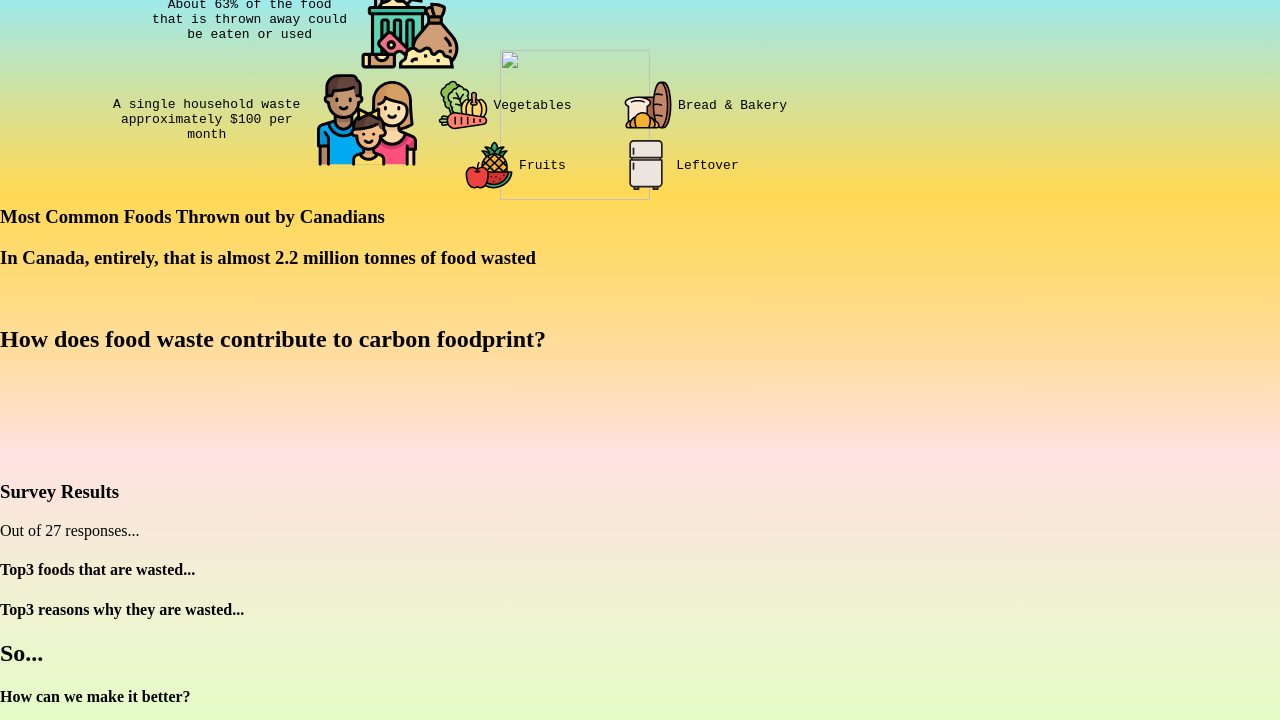
Repository: iorid3/Midterm
Page: index.html
An editor plug-in stored every save of this project. The page is shown before and after a run of saves, followed by the edit.
The browser window is 1280 px wide. The pictures show the whole page.
An inner scrolling area shows only its first screen.

Above is the page before, as saved 2021-03-08 12:40:40.
Not found: Images/crowd.svg
Not found: icons/down-arrow.svg

### index.html
<!DOCTYPE html>
<html>
    <head>
       <title>Mid term</title>
        <link href= "./index.css"  rel ="stylesheet" type = "text/css" >
    </head>
<body>
   <div id = "main">

        <div class = "section1">
            <div><h1> How Food Waste Impacts Our World</h1></div>
            <div><img src =""/></div>
            <div class = "comp1"></div>
            <div class = "comp2"></div>
            <div class = "comp5"></div>
        </div>

        <div class = "section2">
            <div><h2>DId you know that...</h2></div>
            <div class ="comp3_1"></div>
            <div class ="comp3_2"></div>
            <div class ="comp3_3"></div>
            <div class ="comp3_4"></div>
            <div class = "comp1"></div>

            <div class = "flag"><img src = ""></div>
            <div><h3>Most Common Foods Thrown out by Canadians</h3></div>
               <div class = "container1">
                    <div class ="comp4_1"></div>
                    <div class ="comp4_2"></div>
                    <div class ="comp4_3"></div>
                    <div class ="comp4_4"></div>
                </div>

            <div class = "comp5"></div>
            <div><h3>In Canada, entirely, that is almost 2.2 million tonnes of food wasted</h3></div>
            <div><img src = ""></div>
        </div>

        <div class = "section3">
            <div><h2>How does food waste contribute to carbon foodprint?</h2></div>
            <div><img src = ""></div>

            <div class = "comp6"></div>
            <div class = "comp6"></div>
            <div class = "comp6"></div>
            <div class = "comp6"></div>

                <div class = "container2">
                    <div><img src = ""></div>
                    <div><img src = ""></div>
                    <div><img src = ""></div>
                </div>

            <div class = "comp6"></div>


        </div>


        <div class = "section4">
            <div class = "container3">
               <div><img src = ""></div>
               <div><h3>Survey Results</h3></div>
               <div>Out of 27 responses...</div>
            </div>


            <div class ="comp2"></div>
            <div><h4>Top3 foods that are wasted...</h4></div>
            <div class = "container4">
                <div class = "comp7"></div>
                <div class = "comp7"></div>
                <div class = "comp7"></div>
            </div>

            <div><h4>Top3 reasons why they are wasted...</h4></div>
            <div class = "container5">
                <div class = "comp8"></div>
                <div class = "comp8"></div>
                <div class = "comp8"></div>
            </div>



            <div><h2>So...</h2></div>

            <div><h4>How can we make it better?</h4></div>
            <div class = "container6">
                <div class ="comp9"></div>
                <div class ="comp9"></div>
                <div class ="comp9"></div>
                <div class ="comp9"></div>
            </div>


        <div class = "section5">

            <div><h3>Small Steps goes a long way</h3></div>
            <div class = "comp10"></div>
            <div class = "comp10"></div>
            <div class = "comp10"></div>
            <div class = "comp10"></div>
            <div class = "comp10"></div>
            <div class = "comp10"></div>

            <div><img src = ""></div>
            <div><img src = ""></div>

            <div class = "comp5"></div>
            <div><h3>Do your part in saving the environment by ...</h3></div>
            <div><h2>Using this app to reduce food waste</h2></div>
            <div><h2>FridgeSaver</h2></div>
            <div><img src =""></div>
            <div class = "comp5"></div>
            <div><h5>Start with what you have in your fridge</h5></div>

            <div><img src =""></div>
            <div><h5>Ready to find interesting recipes?</h5></div>



        </div>








       <!-- <div class = "col left">
           <div class = "row top">
               <div class = "shake"></div>
           </div>
           <div class = "row mid">
               <div class = "rank1"></div>
               <div class = "rank2"></div>
           </div> -->
    </div>


<script src = ./comps/comp1/index.js></script>
<script src = ./comps/comp2/index.js></script>
<script src = ./comps/comp3/index.js></script>
<script src = ./comps/comp4/index.js></script>
<script src = ./comps/comp5/index.js></script>
<script src = ./comps/comp6/index.js></script>
<script src = ./comps/comp7/index.js></script>
<script src = ./comps/comp8/index.js></script>
<script src = ./comps/comp9/index.js></script>
<script src = ./comps/comp10/index.js></script>

<script src = ./index.js></script>
</body>
</html>

### index.css
html,body{
    margin:0;
    overflow-x:hidden;
    background: linear-gradient(180deg, rgba(156, 233, 235, 0.86) 0%, rgba(255, 217, 86, 0.96) 26.56%, rgba(255, 220, 220, 0.6) 63.02%, rgba(227, 252, 195, 0.76) 100%);
    mix-blend-mode: normal;
}
#main{
    width:100vw;
    height:100vh;
    display:flex;
    flex-direction: column;
    justify-content: center;
}

### Comps/comp1/index.js
function Comp1UI(url="Images/confusion.png", size ="10px", font= "Poppins", text="text"){
    return `<div style='
            width: 100vw;
            height: 30vh;
            display: inline-flex;
            justify-content: center;
            align-items: center;
            transition: opacity 1s;
            opacity: 0.25;
        '
        onclick='Comp1UI.HandleClick(this)'
        >

        <img style='
            display: inline-flex;
            width: 200px;
            position: relative;
            left: 140px;
            top: 60px;
        'src="${url}" />

        <div>
            <img style='
                display: inline-flex;
                position: relative;
                width: 500px;
                left: 100px;
                bottom: 10px;
            'src="Images/chat.svg" />

            <div style='
                display: inline-flex;
                position: relative;
                bottom: 280px;
                right: 265px;
                font-size: ${size};
                font-weight: bold;
                font-family: ${font};
            '> ${text}</div>
        </div>
    </div>`
}

Comp1UI.HandleClick = (el) => {
    el.style.opacity = 1;
}

### Comps/comp2/index.js
function Comp2UI(url="Images/confusion.png", size ="10px", font= "Poppins", text="text"){
    return `<div style='
        width: 100vw;
        height: 30vh;
        display: inline-flex;
        justify-content: center;
        align-items: center;
        transition: opacity 1s;
        opacity: 0.25;
    '
    onclick='Comp1UI.HandleClick(this)'
    >

        <img style='
            display: inline-flex;
            width: 200px;
            position: relative;
            left: 500px;
            top:60px;
        ' src="${url}"/>

        <div>
            <img style='
                display: inline-flex;
                position: relative;
                width: 500px;
                right: 200px;
                bottom: 10px;
                transform: rotateY(180deg)
            ' src="Images/chat2.svg" />

            <div style='
                display: inline-flex;
                position: relative;
                bottom: 280px;
                right: 560px;
                font-size: ${size};
                font-weight: bold;
                font-family: ${font};
            ' >${text}</div>
        </div>
    </div>`
}

Comp2UI.HandleClick = (el) => {
    el.style.opacity = 1;
}

### Comps/comp3/index.js
function Comp3UI(Text='Average Canadian wastes 140kg of food in a year', url='https://placekitten.com/400/400') {
    return `
        <div style='
            display: inline-flex;
            align-items: center;
            justify-content: center;

            transition-property: transform;
            transition-duration: 1s;
            transition-timing-function: ease-in-out;
            transition-delay: 1s;

        '>
            <div style='
                flex-basis: 200px;
                text-align: center;
                padding-right: 10px;
                font-family: monospace;


            '
            >${Text}</div>

            <div style='
                width: 100px;
                height: 100px;
            '
            // onclick='Comp3UI.HandleClick(this)'
            >
                <img  style='
                    width: 100%;
                    height: 100%;
                    object-fit: cover;
                '
                src='${url}' />
        </div>
    `
}

// Comp3UI.HandleClick = (el) => {
//     el.style.top = "110%";
// }


// export const Comp3 = Comp3UI();

### Comps/comp4/index.js
function Comp4UI(url='https://placekitten.com/300/300',text='Bread & Bakery',x='0',y='0') {
    return `
        <div style='
            display: flex;
            flex-direction: row;
            align-item: center;
            justify-content: center;
            width: 250px;
            height: 50px;
            margin: 10px;
            position: absolute;
            top: ${x}px;
            left: ${y}px;

            animation-name: bouncing;
            animation-duration: 1.5s;
            animation-direction: alternate;
            animation-iteration-count: infinite;
            animation-delay: 2s;



        '
        >
            <div style='
                width: 50px;
                height: 50px;
            '>
                <img style='
                    width: 100%;
                    height: 100%;
                    object-fit: cover;
                '
                src='${url}' />
            </div>
            <div style='
            font-family: monospace;
            text-align: center;
            padding-top: 18px;
            padding-left: 5px;
            '
            >${text}</div>
        </div>
    `
}




// export const Comp4 = Comp4UI();

### Comps/comp5/index.js
function Comp5UI(x='0', y='0', url='https://placekitten.com/300/300') {
    return `
        <div style='
            width: 150px;
            height: 150px;
            position: absolute;
            top: ${x}px;
            left: ${y}px;

        '
        >
            <img style='
                width: 100%;
                height: 100%;
                object-fit: cover;

                animation-name: bounce;
                animation-duration: 1s;
                animation-direction: alternate;
                animation-iteration-count: infinite;

            '
            src='${url}' />


        </div>

    `
}

// export const Comp5 = Comp5UI();

### Comps/comp6/index.js
function Carboncomp(text =" 7% of greenhouse gases produced globally are due to preventable food waste", url= "images/factory.svg"){
    return `<div style = "
                          display:inline-flex;
                          ">
                         <div style = "display:flex;
                         padding:10px;">
                         <img style ="
                          width:100px;
                          height:100px;
                         " src  = "${url}"></div>
                         <div style ="
                         display:flex;
                         padding:10px;"><p>${text}</p></div>

            </div>`
}

### Comps/comp7/index.js
function Graphcomp(url ="images/vegetable.svg",text ="Leftovers(59.3%)",color ="pink",width ="200px" ){
    return `<div style = "
                          display:inline-flex;
                          align-items:flex-start;
                          justify-content:flex-start;
                          ">
                            <div style = "display:flex;
                            padding:10px;
                            width:80px;
                            height:80px;
                            ">
                            <img src  = "${url}"></div>
                            <div class = "graph"
                            style ="
                            width:${width};
                            height:30px;
                            margin-top:10px;
                            background-color:${color};
                            box-shadow: 3px 3px ;
                            transition:background-color,1s,box-shadow, 1s;"
                            onmouseover = "Graphcomp.HandleMouseover(this)">
                            <div style ="
                            display:flex;
                            padding:10px;
                            font-size:25px;"><p>${text}</p></div>
                            </div>



            </div>`


}

Graphcomp.HandleMouseover = (el)=>{
   el.style.boxShadow = "8px 8px";
//    el.style.width = "400px";
 }

### Comps/comp8/index.js
function Graphcomp2(url ="images/vegetable.svg",text ="Leftovers(59.3%)",color ="pink",width ="200px" ){
    return `<div style = "
                          display:inline-flex;
                          flex-direction:row;
                          justify-content:center;
                          ">
                            <div class = "graph"
                            style ="
                            display:flex;
                            width:${width};
                            height:30px;
                            margin-top:10px;
                            background-color:${color};
                            box-shadow: 3px 3px ;
                            transition:background-color,1s,box-shadow, 1s;"
                            onmouseover = "Graphcomp2.HandleMouseover(this)">
                            <div style ="
                            display:flex;
                            width:200px;
                            padding:10px;
                            font-size:20px;"><p>${text}</p></div>
                            </div>
                            <div style = "display:flex;
                            padding:10px;
                            width:80px;
                            height:80px;
                            ">
                            <img src  = "${url}"></div>




            </div>`


}

Graphcomp2.HandleMouseover = (el)=>{
//    el.style.backgroundColor  = "blue";
   el.style.boxShadow = "8px 8px";
//    el.style.width = "400px";
 }

### Comps/comp9/index.js
function Comp9UI(url="images/1.svg", text="4 Ways to Make it Better") {
    return `
        <img style='
            width: 80px;
            height: 80px;
            transition: width 0.2s;
            transition-timing-function: ease-in-out;
        '

        onmouseover='Comp9UI.HandleImageHover(this)'
        onmouseout='Comp9UI.HandleImageHoverOut(this)'

        src="${url}"/>

        <div style='
            width: 180px;
            height: 180px;
            margin: 10px;
            padding: 10px;
            background-color: rgba(255, 255, 255, 0.6);
            border: 3px solid rgba(0, 0, 0, 0.5);
            border-radius: 50%;
            display: flex;
            justify-content: center;
            align-items: center;
            font-size: 1.1em;
            line-height: 1.2em;
            text-align: center;
            transition: width 0.2s;
            transition-timing-function: ease-in-out;
        '
            onmouseover='Comp9UI.HandleHover(this)'
            onmouseout='Comp9UI.HandleHoverOut(this)'

        >${text}</div>

    `
}

Comp9UI.HandleImageHover = (el) => {
    el.style.width = "120px";
    el.style.height = "120px";
}

Comp9UI.HandleImageHoverOut = (el) => {
    el.style.width = "80px";
    el.style.height = "80px";
}

Comp9UI.HandleHover = (el) => {
    el.style.color = "#2E8B57";
    // el.style.width = "210px";
    // el.style.height = "210px";
    // el.style.fontSize = "1.4em";
}

Comp9UI.HandleHoverOut = (el) => {
    el.style.color = "#000000";
    // el.style.width = "180px";
    // el.style.height = "180px";
    // el.style.fontSize = "1.1em";
}
// export const Comp9 = Comp9UI();

### Comps/comp10/index.js
function Comp10UI(w="55px", tdeg="120deg", top="0px", left="0px", anidelay="1s") {
    return `
    <img style='
        width: ${w};
        transform: rotate(${tdeg});
        position: absolute;
        top: ${top};
        left: ${left};

        animation-name: footsteps;
        animation-duration: 4s;
        animation-delay: ${anidelay};
        animation-iteration-count: infinite;

    'src="images/footsteps.svg"/>

    `
}

// export const Comp10 = Comp10UI();

### index.js










//add claudia's componenets

document.querySelector(".comp3_1").innerHTML += Comp3UI('Average Canadian wastes 140kg of food in a year', 'Images/crowd.svg')
document.querySelector(".comp3_2").innerHTML += Comp3UI('That’s worth about $1,100 Canadian dollars', 'Images/plant.svg')
document.querySelector(".comp3_3").innerHTML += Comp3UI('About 63% of the food that is thrown away could be eaten or used', 'Images/garbage.svg')
document.querySelector(".comp3_4").innerHTML += Comp3UI('A single household waste approximately $100 per month', 'Images/family.svg')

document.querySelector(".comp4_1").innerHTML += Comp4UI('Images/vegetable.svg', 'Vegetables',70,370)
document.querySelector(".comp4_2").innerHTML += Comp4UI('Images/bread.svg', 'Bread & Bakery',70,570)
document.querySelector(".comp4_3").innerHTML += Comp4UI('Images/fruits.svg', 'Fruits',130,380)
document.querySelector(".comp4_4").innerHTML += Comp4UI('Images/fridge.svg', 'Leftover',130,545)

document.querySelector(".comp5").innerHTML += Comp5UI(50,500,'icons/down-arrow.svg')

After the next 2 saves:
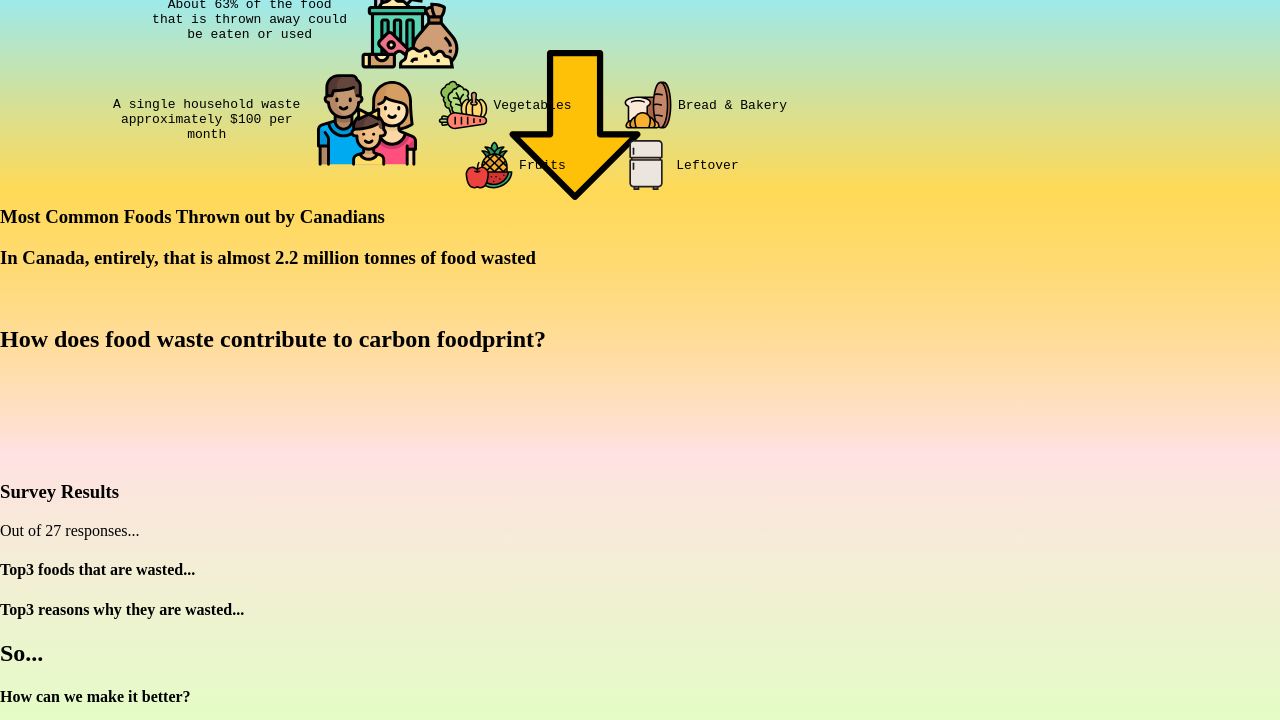
The 2 saves are shown as one change because they came seconds apart.
The last was saved 92 s later.
--- a/index.js
+++ b/index.js
@@ -20,4 +20,4 @@ document.querySelector(".comp4_2").innerHTML += Comp4UI('Images/bread.svg', 'Bre
 document.querySelector(".comp4_3").innerHTML += Comp4UI('Images/fruits.svg', 'Fruits',130,380)
 document.querySelector(".comp4_4").innerHTML += Comp4UI('Images/fridge.svg', 'Leftover',130,545)
 
-document.querySelector(".comp5").innerHTML += Comp5UI(50,500,'icons/down-arrow.svg')
+document.querySelector(".comp5").innerHTML += Comp5UI(50,500,'Images/down-arrow.svg')
